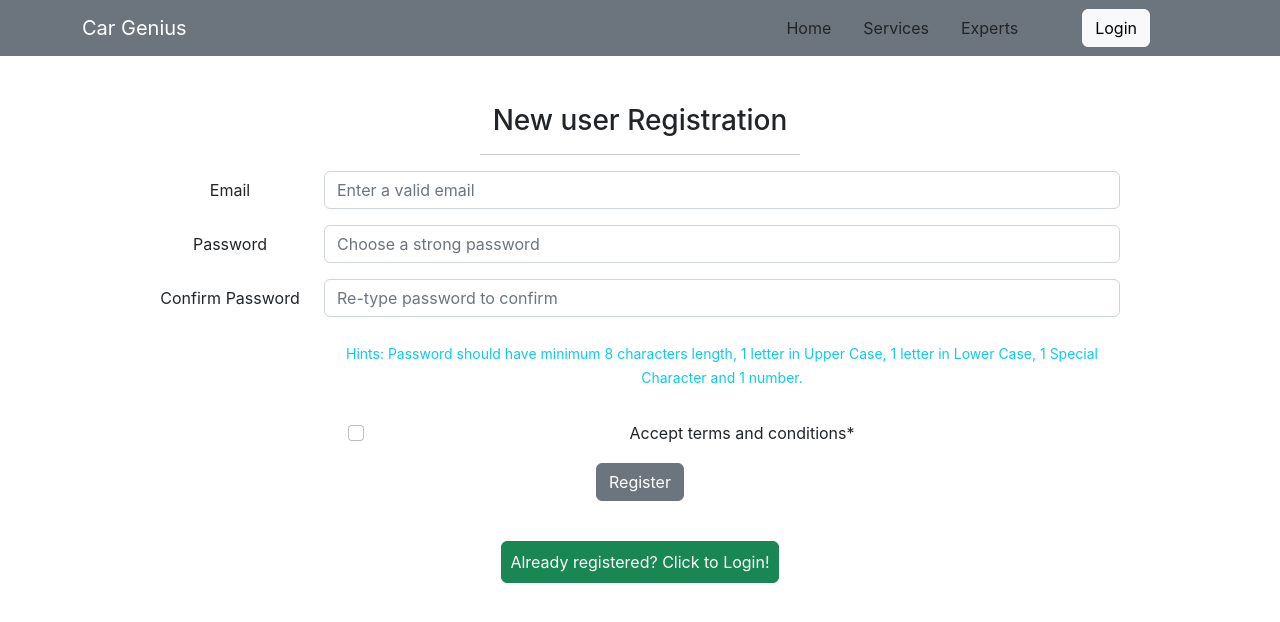
Repository: Sharif-00112/genius-car-service-client
Page: /register
These files come from the project's save history. The page is drawn as it stood at one moment and after the next save; the edit follows.
The browser window is 1280 px wide. The pictures show the whole page.
The project was rebuilt for these pictures with package versions that can differ from the ones it lists, and the page was loaded fresh each time. Also part of the build but not shown: src/Pages/Home/Banner/Banner.js, src/Pages/Home/Expert/Expert.js, src/Pages/Home/Experts/Experts.js, src/Pages/Home/Service/Service.css, src/Pages/Home/Service/Service.js, src/Pages/Home/Services/Services.css, src/Pages/Home/Services/Services.js, src/Pages/Home/Home/Home.js and 4 more.

Above is the page before, as saved 2022-09-08 17:32:32.

After the next save:
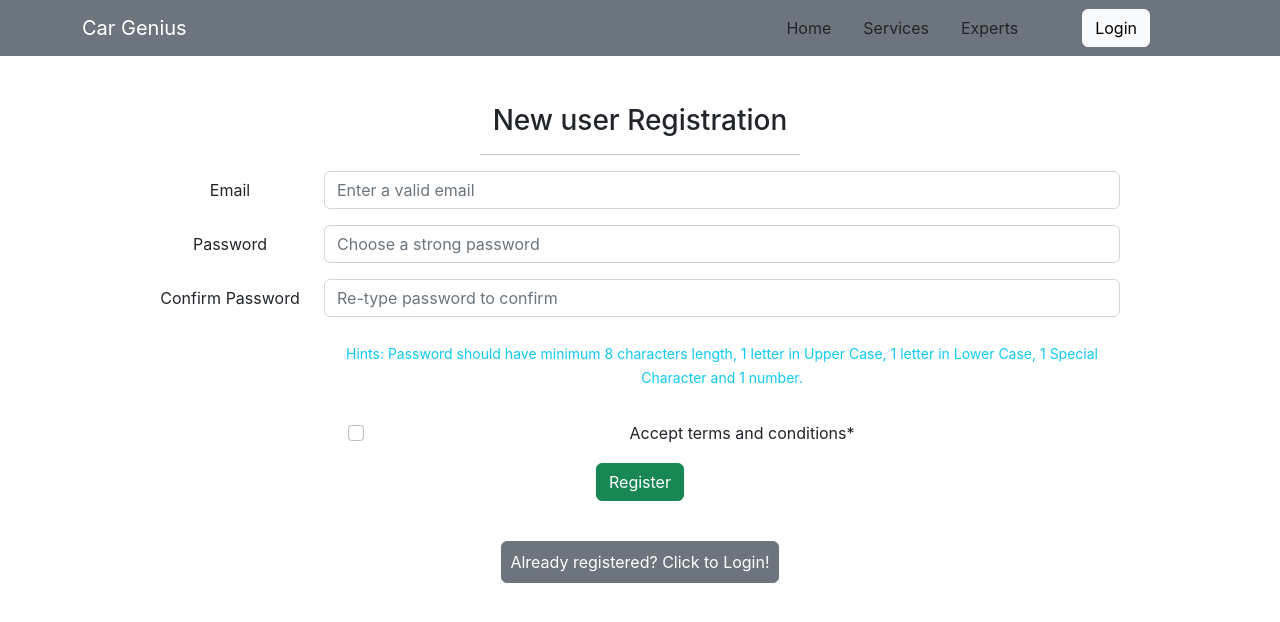
Saved 52 s later.
--- a/src/Pages/Login/Register/Register.js
+++ b/src/Pages/Login/Register/Register.js
@@ -45,13 +45,13 @@ const Register = () => {
                     </div>
                     </div>
                 </div>
-                <button type="submit" className="btn btn-secondary">Register</button>
+                <button type="submit" className="btn btn-success">Register</button>
                 </form>
 
             <br />
             {/* <button className='btn btn-success p-2 m-3'><Link className='text-decoration-none text-white' to="/login"><u>Already registered? Click to Login!</u></Link></button> */}
 
-            <Link className='text-decoration-none text-white m-2' to="/login"><u><button className='btn btn-success p-2 m-3'>Already registered? Click to Login!</button></u></Link>
+            <Link className='text-decoration-none text-white m-2' to="/login"><u><button className='btn btn-secondary p-2 m-3'>Already registered? Click to Login!</button></u></Link>
 
         </div>
     );
